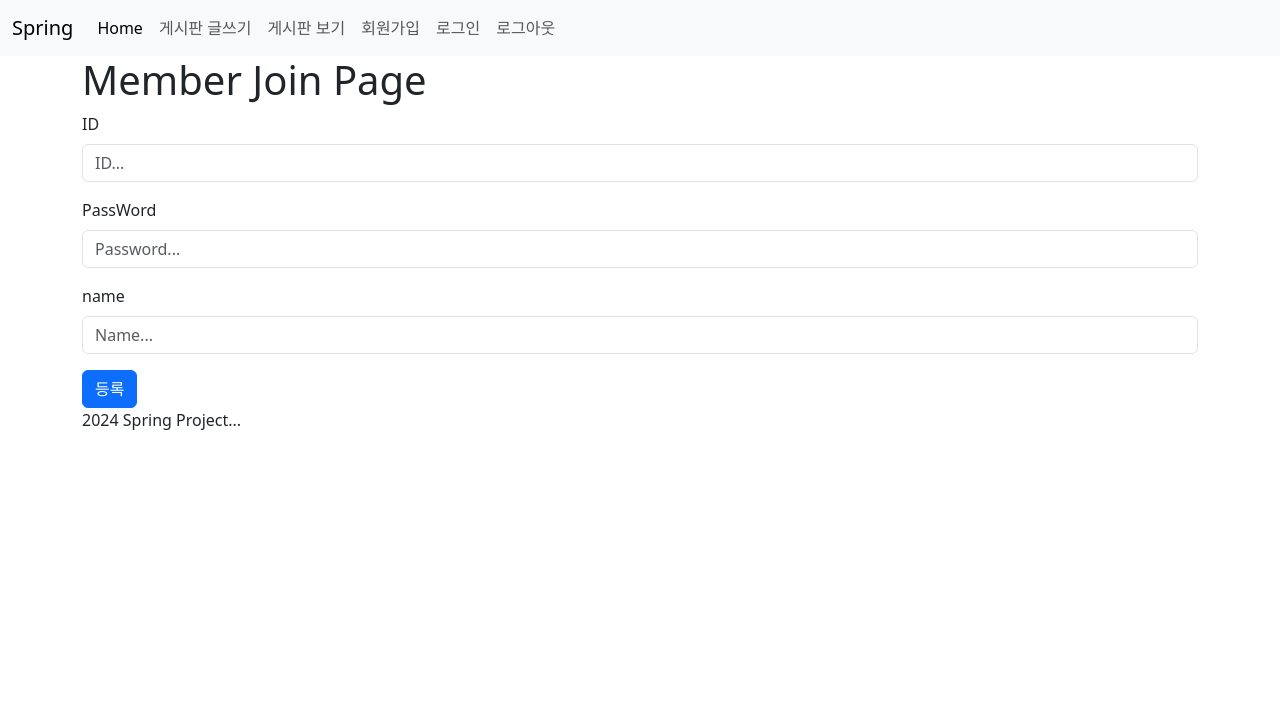
Repository: dhalfks/springTest240430
Page: http://localhost/spring_study/WEB-INF/views/member/register.jsp
These files come from the project's save history. The page is drawn as it stood at one moment and after the next save; the edit follows.
The browser window is 1280 px wide. The pictures show the whole page.
The page is served by Tomcat 9. Nobody is signed in. The template is opened directly, without the code that normally fills it, so the values that code supplies are empty.

Above is the page before, as saved 2024-04-25 05:51:12.

After the next save:
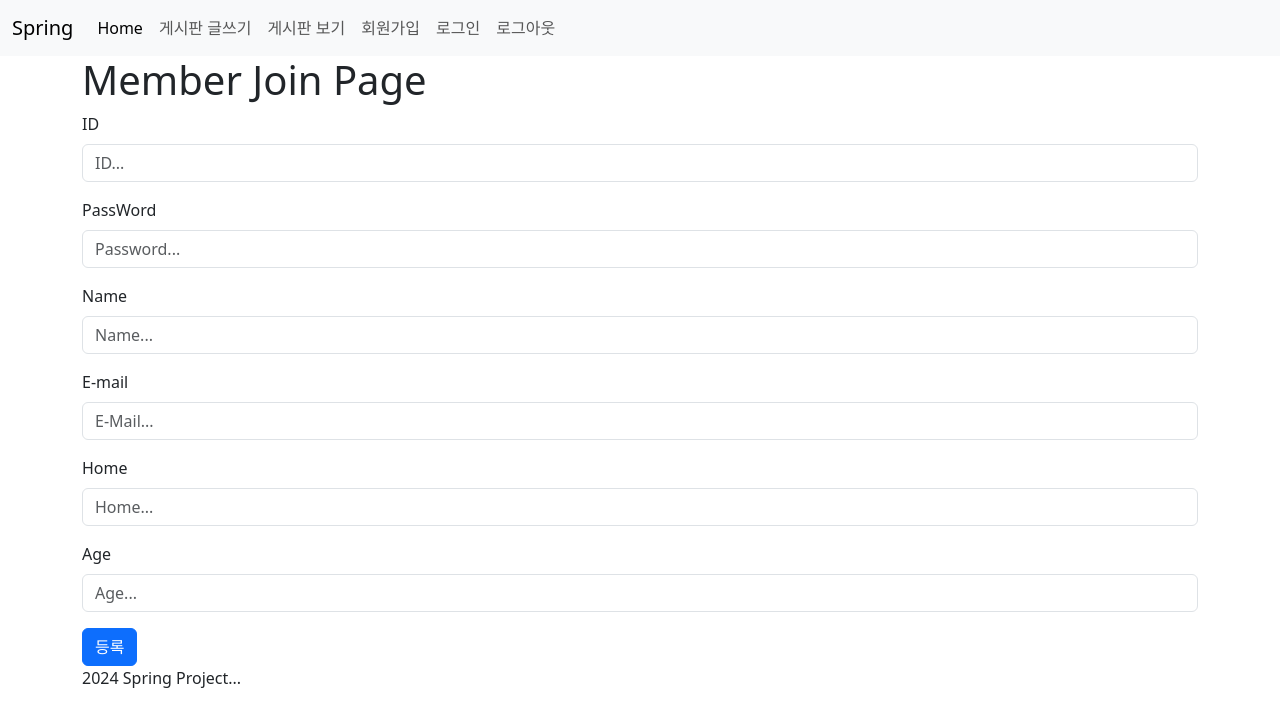
Saved 67 s later.
--- a/spring_study/src/main/webapp/WEB-INF/views/member/register.jsp
+++ b/spring_study/src/main/webapp/WEB-INF/views/member/register.jsp
@@ -14,8 +14,20 @@
 	  <input type="text" class="form-control" name="pw" id="p" placeholder="Password...">
 	</div>
 	<div class="mb-3">
-	  <label for="n" class="form-label">name</label>
+	  <label for="n" class="form-label">Name</label>
 	  <input type="text" class="form-control" name="name" id="n" placeholder="Name...">
+	</div>
+	<div class="mb-3">
+	  <label for="e" class="form-label">E-mail</label>
+	  <input type="text" class="form-control" name="email" id="e" placeholder="E-Mail...">
+	</div>
+	<div class="mb-3">
+	  <label for="h" class="form-label">Home</label>
+	  <input type="text" class="form-control" name="home" id="h" placeholder="Home...">
+	</div>
+	<div class="mb-3">
+	  <label for="a" class="form-label">Age</label>
+	  <input type="text" class="form-control" name="age" id="a" placeholder="Age...">
 	</div>
 
 	<button type="submit" class="btn btn-primary">등록</button>
